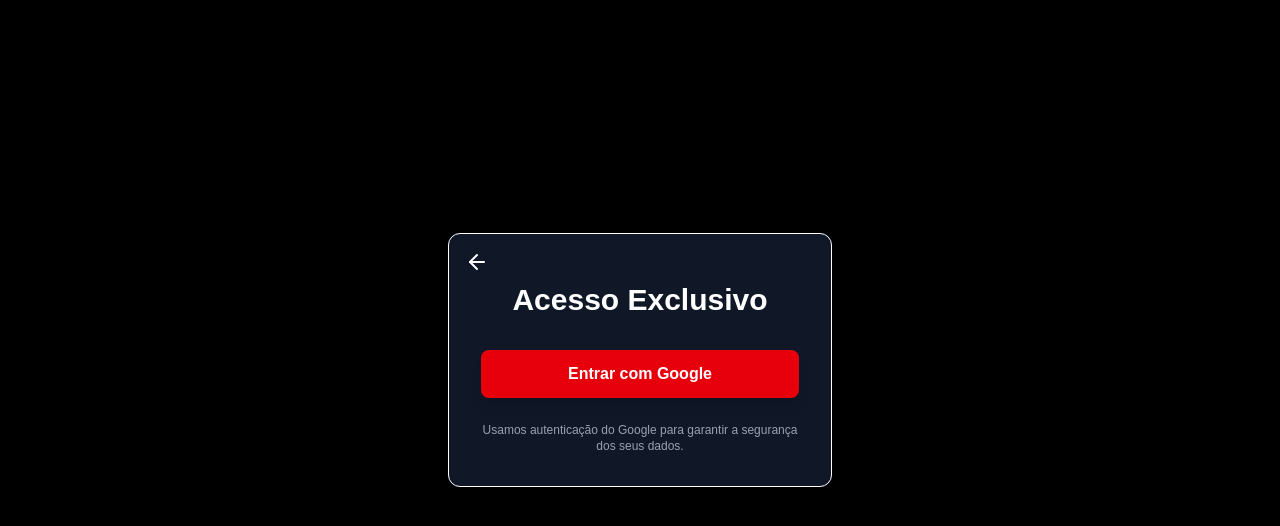
Repository: NunesJulia/faladireito-ai
Page: /login
The author's editor kept a copy of each file at every save. The page is drawn from the files as they stood at one save, then again after a run of saves.
The browser window is 1280 px wide. The pictures show the whole page.
The project was rebuilt for these pictures with package versions that can differ from the ones it lists, and the page was loaded fresh each time. The framework's server and built-in components were replaced by stand-ins that run in the browser. Also part of the build but not shown: next.config.ts.

Above is the page before, as saved 2025-12-08 19:25:01.

After the next 2 saves:
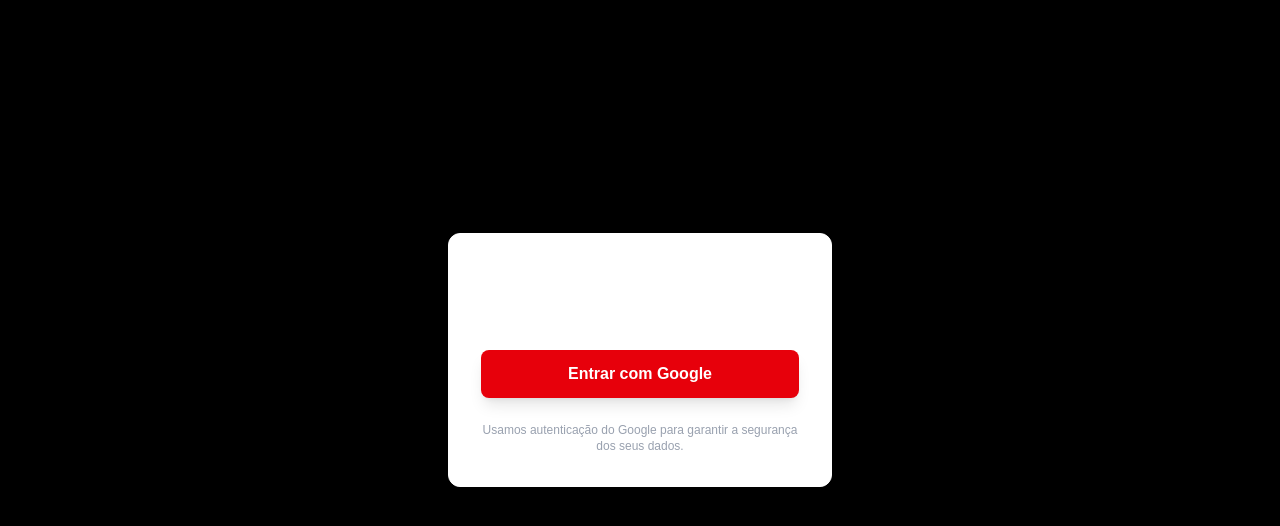
The 2 saves are shown as one change because they came seconds apart.
The last was saved 34 s later.
--- a/app/login/login_component.tsx
+++ b/app/login/login_component.tsx
@@ -35,7 +35,7 @@
     // Fundo da tela preto
     <div className="flex bg-black flex-col items-center justify-center min-h-[50vh] h-screen p-6">
       {/* Caixa de Login com fundo escuro e borda branca */}
-      <div className="relative w-full max-w-sm bg-gray-900 p-8 rounded-xl shadow-2xl border border-white">
+      <div className="relative w-full max-w-sm bg-white p-8 rounded-xl shadow-2xl border border-white">
 
         {/* Botão de Voltar para Home */}
         <button
